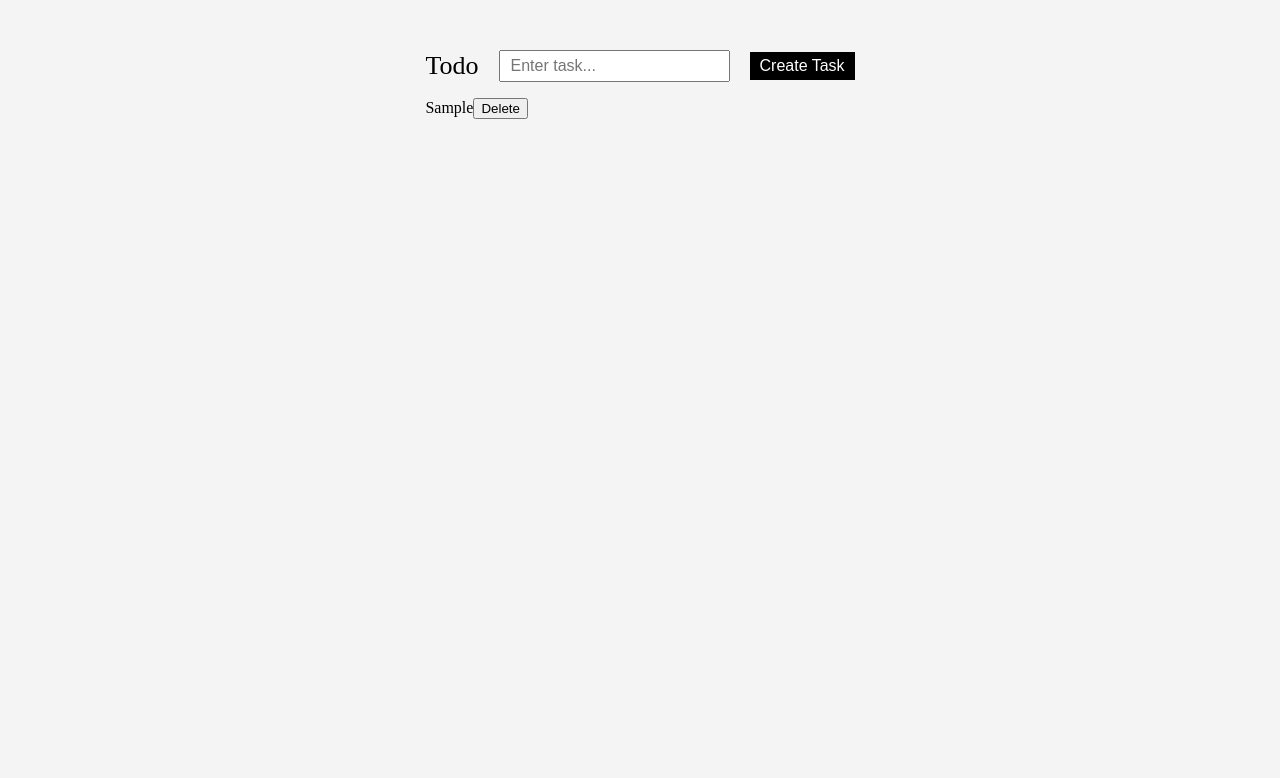
Repository: pawvan/todo_app
Page: markup/tod.html
These files come from the project's save history. The page is drawn as it stood at one moment and after the next save; the edit follows.
The browser window is 1280 px wide. The pictures show the whole page.
Empty fields were first filled with sample values (such as "Sample", 5 or name@example.com).
After loading, the first visible `#add-button` was clicked once.

Above is the page before, as saved 2025-01-11 22:22:24.

### markup/tod.html
<!DOCTYPE html>
<html lang="en">
<head>
    <meta charset="UTF-8">
    <meta name="viewport" content="width=device-width, initial-scale=1.0">
    <title>Todo App</title>
    <script src="../interactivity/todo.js"></script>
    <link href="../styles/todo.css" rel="stylesheet"/>
</head>
<body>
    <div class="todo-container">
        <div class="todo-upper" >
            <div class="todo-header"> Todo </div>
<input type="text" id="todo-input" placeholder="Enter task...">
<button onclick="addTask()" id="add-button">Create Task</button>
        </div>



        <ul id="task-list">
        </ul>
    </div>
</body>
</html>

### interactivity/todo.js
document.addEventListener("DOMContentLoaded", loadTasks);

function addTask() {
  const taskInput = document.getElementById("todo-input");
  const taskText = taskInput.value.trim();
  const alertElement = document.querySelector(".alert");
  const taskList = document.getElementById("task-list");
  if (taskText !== "") {
    const newTask = {
      id: Date.now(),
      text: taskText,
      createAt: new Date().toISOString(),
      isCompleted: false
    };
    const li = document.createElement("li");
    li.textContent = newTask.text;
    const completeButton = createCompleteButton(li, newTask);
    const deleteButton = createDeleteButton(li, newTask);

    li.appendChild(deleteButton);
    taskList.appendChild(li);

    taskInput.value = "";
    saveTaskToLocalStorage(newTask);
  } else {
    alertElement ? "" : alertThing();
  }
}

function alertThing() {
  const todoContainer = document.getElementsByClassName("todo-container")[0];
  const createDiv = document.createElement("div");
  createDiv.textContent = "Please enter the task";
  todoContainer.appendChild(createDiv);
  createDiv.classList.add("alert");
}

function createDeleteButton(listElement, task) {
  const removeLi = () => {
    removeTaskFromLocalStorage(task.id);
    listElement.remove();
  };

  return createButton("Delete", ["delete-btn"], removeLi);
}

function createCompleteButton(listElement, task) {
  const completeCallBack = () => {
    task.isCompleted = !task.isCompleted;
    if (!task.isCompleted) {
      listElement.classList.remove("completed");
      completeButton.textContent = "Complete";
      listElement.style.textDecoration = "none";
    } else {
      listElement.classList.add("completed");
      completeButton.textContent = "Uncomplete";
      listElement.style.textDecoration = "line-through";
    }
  };

  const completeButton = createButton("Complete", ['complete-btn'], completeCallBack);
  return completeButton;
}

function createButton(label, classNames, onclickMethod) {
  const button = document.createElement("button");
  button.textContent = label;
  button.classList.add(...classNames);
  button.onclick = () => {
    onclickMethod();
  };
  return button;
}

function loadTasks() {
  const tasks = getTasksFromLocalStorage();
  const taskList = document.getElementById("task-list");

  tasks.forEach((task) => {
    const li = document.createElement("li");
    li.textContent = task.text;

    const completeButton = createCompleteButton(li, task);
    const deleteButton = createDeleteButton(li, task);

    li.appendChild(completeButton);
    li.appendChild(deleteButton);
    taskList.appendChild(li);
  });
}

function saveTaskToLocalStorage(task) {
  const tasks = getTasksFromLocalStorage();
  tasks.push(task);
  localStorage.setItem("tasks", JSON.stringify(tasks));
}

function getTasksFromLocalStorage() {
  const tasks = localStorage.getItem("tasks");
  return tasks ? JSON.parse(tasks) : [];
}

function removeTaskFromLocalStorage(taskId) {
  const tasks = getTasksFromLocalStorage();
  const updatedTasks = tasks.filter((task) => task.id !== taskId);
  localStorage.setItem("tasks", JSON.stringify(updatedTasks));
}

### styles/todo.css
body {
    margin-top: 50px;
    height: 100vh;
    background-color: #f4f4f4;
    display: flex;
    justify-content: center;


}

.todo-upper {
    display: flex;
    flex-direction: horizontal;
    align-items: center;
    gap: 20px;
}


.todo-header
{
    font-size: 26px;
    font-weight: 400;
}

#todo-input {
    padding: 5px 10px;
    font-size: 16px;
}

#add-button {
    padding: 5px 10px;
    font-size: 16px;
    background-color:#000000;
    color: white;
    border: none;
    cursor: pointer;
}
#task-list {
    list-style-type: none;
    padding: 0;
}

After the next save:
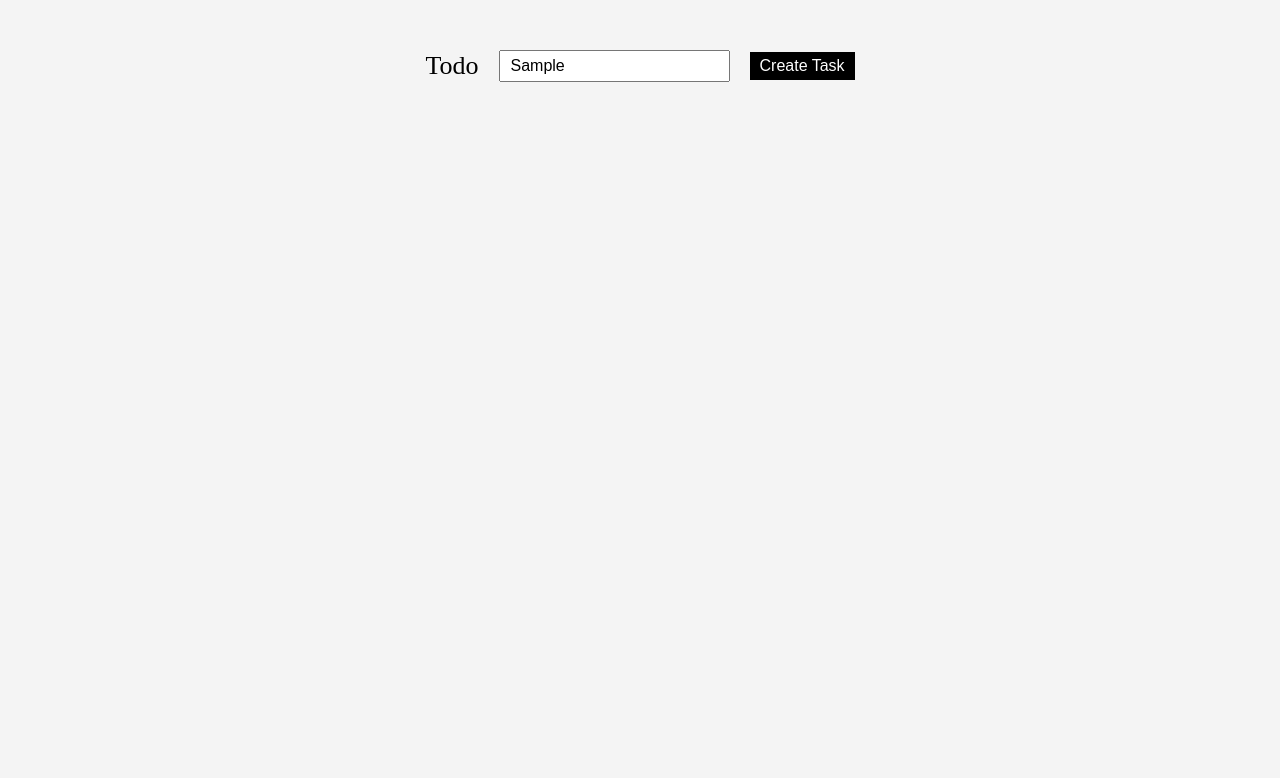
Console error: ReferenceError: Cannot access 'completeButton' before initialization
Saved 4 s later.
--- a/interactivity/todo.js
+++ b/interactivity/todo.js
@@ -13,6 +13,7 @@
       isCompleted: false
     };
     const li = document.createElement("li");
+    li.appendChild(completeButton);
     li.textContent = newTask.text;
     const completeButton = createCompleteButton(li, newTask);
     const deleteButton = createDeleteButton(li, newTask);

After the 2 saves that followed:
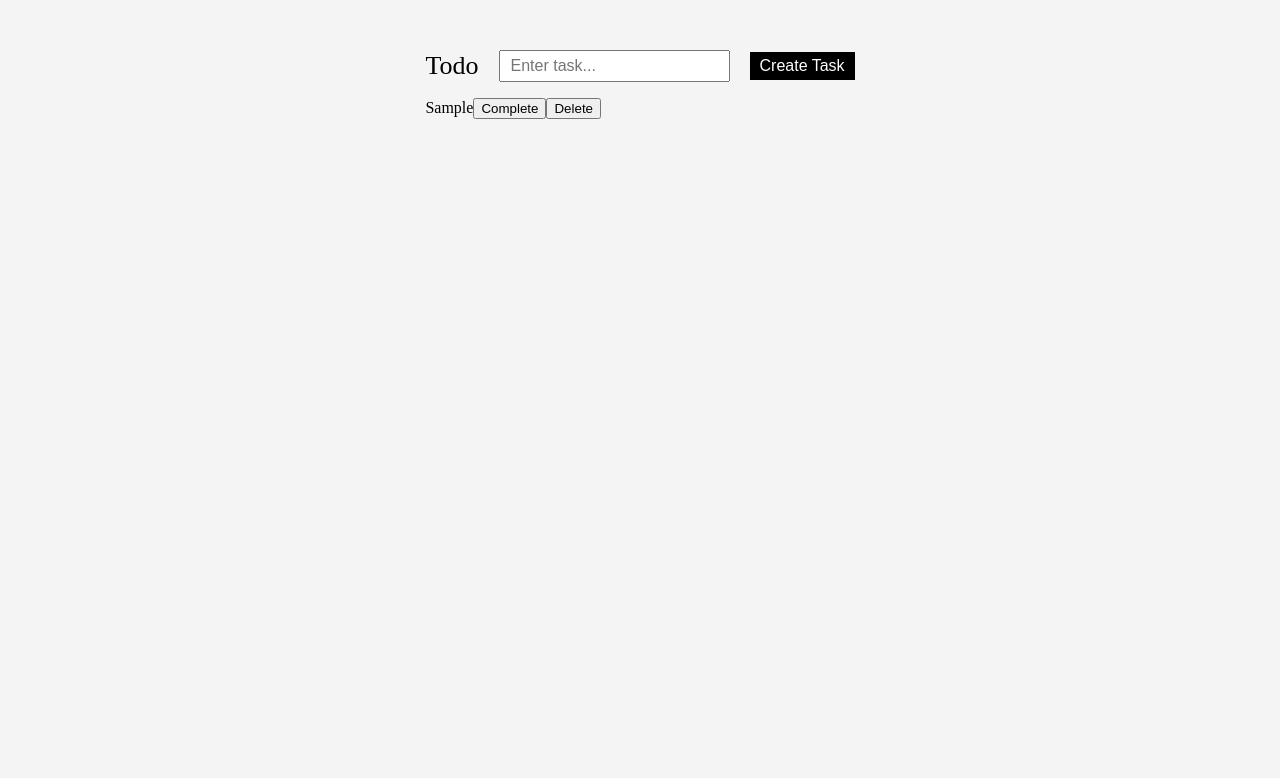
The error is gone.
The 2 saves are shown as one change because 1 left the picture as it was.
The last was saved 37 s later.
--- a/interactivity/todo.js
+++ b/interactivity/todo.js
@@ -13,11 +13,10 @@
       isCompleted: false
     };
     const li = document.createElement("li");
-    li.appendChild(completeButton);
     li.textContent = newTask.text;
     const completeButton = createCompleteButton(li, newTask);
     const deleteButton = createDeleteButton(li, newTask);
-
+    li.appendChild(completeButton);
     li.appendChild(deleteButton);
     taskList.appendChild(li);
 
